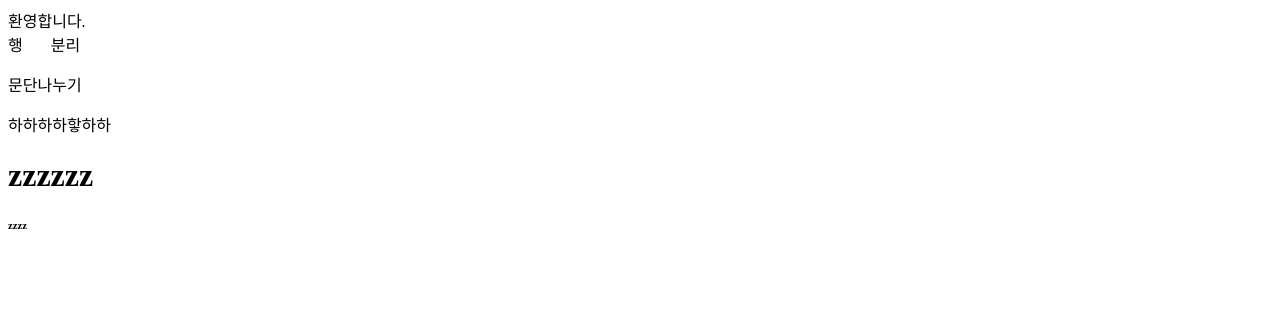
Repository: lsgsg/lsgsg
Page: wsou/webBasic/WebContent/bb.html
An editor plug-in stored every save of this project. The page is shown before and after the next save, followed by the edit.
The browser window is 1280 px wide. The pictures show the whole page.

Above is the page before, as saved 2018-08-14 02:22:22.

### wsou/webBasic/WebContent/bb.html
<!DOCTYPE html>
<html>
<head>
<meta charset="UTF-8">
<title>Insert title here</title>
</head>
<body>
환영합니다.<br>
<!-- 라인스킵이 목적이므로 </br> 생략 -->
<!-- html 주석 : html은 컴파일 한다 X; 파씽?한다 O -->
행 &nbsp;&nbsp;&nbsp;&nbsp;&nbsp;&nbsp;분리
<p>문단나누기</p>
하하하하핳하하
<h1>zzzzzz</h1>
<h6>zzzz</h6>
</body>
</html>

After the next save:
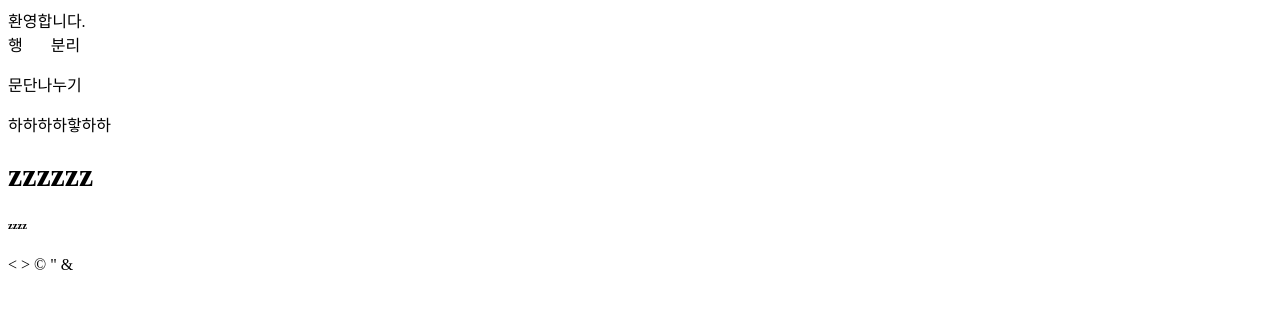
Saved 10 min 34 s later.
--- a/wsou/webBasic/WebContent/bb.html
+++ b/wsou/webBasic/WebContent/bb.html
@@ -13,5 +13,6 @@
 하하하하핳하하
 <h1>zzzzzz</h1>
 <h6>zzzz</h6>
+&lt; &gt; &copy; &quot; &amp;
 </body>
 </html>
